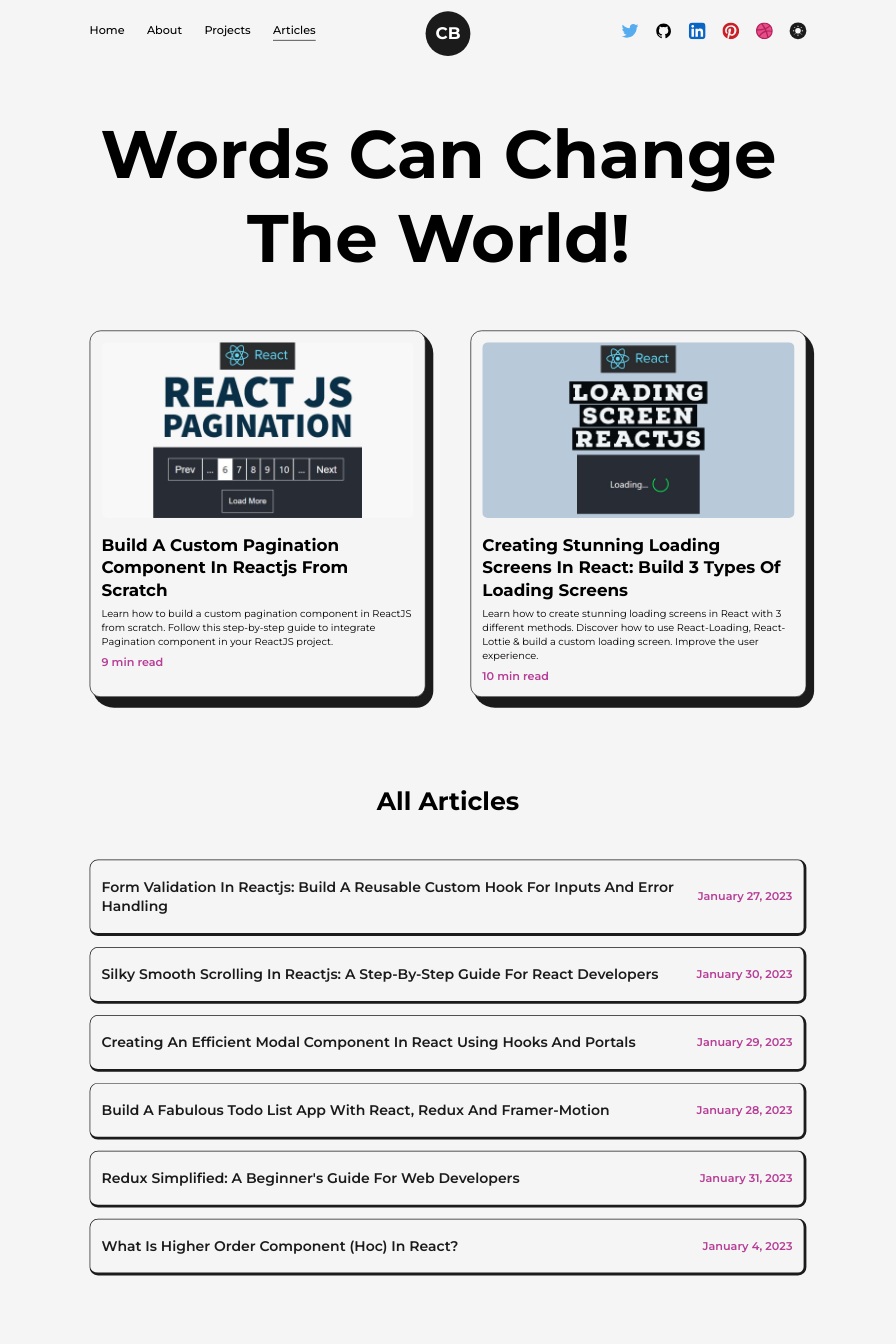
Repository: Paul2002feb/Kiattikhunphan_Resume
Page: /articles
An editor plug-in stored every save of this project. The page is shown before and after the next save, followed by the edit.
The browser window is 1280 px wide. The pictures show the part of the page from y = 0 to 1920 px (the page is 2120 px tall before and 2644 px after), at 70% of full size.
The project was rebuilt for these pictures with package versions that can differ from the ones it lists, and the page was loaded fresh each time. The framework's server and built-in components were replaced by stand-ins that run in the browser. Also part of the build but not shown: next.config.js.

Above is the page before, as saved 2023-08-23 17:33:11.

After the next save:
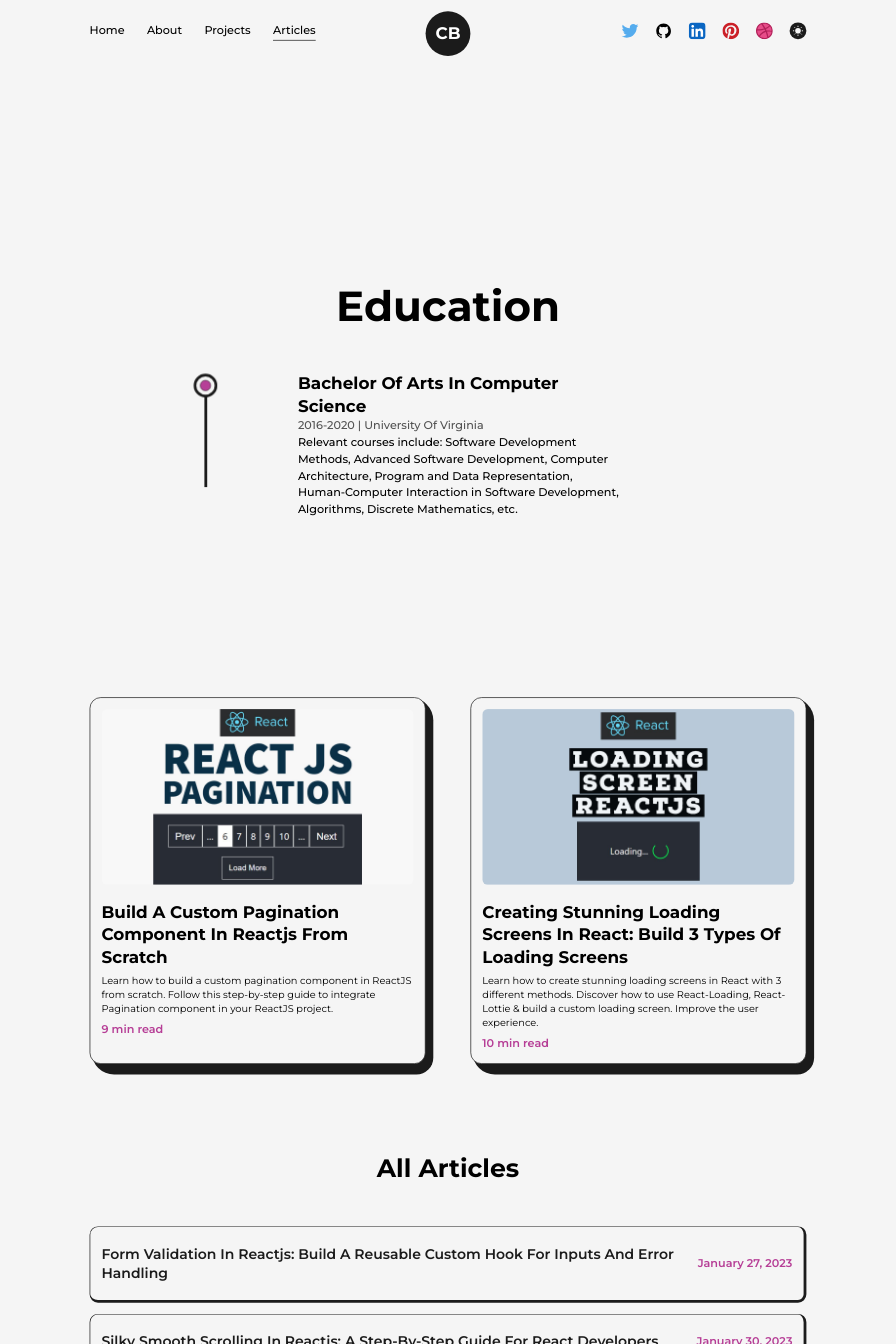
Saved 9 s later.
--- a/src/components/AnimatedText.js
+++ b/src/components/AnimatedText.js
@@ -1,55 +1,64 @@
-import React from "react";
-import { motion, stagger } from "framer-motion";
+import React, { useRef } from "react";
+import { motion, useScroll } from "framer-motion";
+import LiIcon from "./LiIcon";
 
-//animated the "Turning vision part" this makes it appear in 1s
-const quote = {
-  initial: { opacity: 1 },
-  animate: {
-    opacity: 1,
-    transition: {
-      delay: 0.3,
-      staggerChildren: 0.1,
-    },
-  },
+const Details = ({ type, time, place, info }) => {
+  const ref = useRef(null);
+  return (
+    <li
+      ref={ref}
+      className="my-8 first:mt-0 last:mb-0 w-[60%] mx-auto flex flex-col items-center justify-between md:w-[80%]"
+    >
+      <LiIcon reference={ref} />
+      <motion.div
+        //   moving the div downwards
+        initial={{ y: 50 }}
+        whileInView={{ y: 0 }}
+        transition={{ duration: 0.5, type: "spring" }}
+      >
+        <h3 className="capitalize font-bold text-2xl sm:text-xl xs:text-lg ">
+          {type}
+        </h3>
+        <span className="capitalize font-medium text-dark/75 dark:text-light/75 xs:text-sm">
+          {time} | {place}
+        </span>
+        <p className="font-medium w-full md:text-sm">{info}</p>
+      </motion.div>
+    </li>
+  );
 };
 
-const singleWord = {
-  initial: { opacity: 0, y: 50 },
-  animate: {
-    opacity: 1,
-    y: 0,
-    transition: {
-      duration: 1,
-    },
-  },
-};
+const Education = () => {
+  // use scroll hook: Create scroll-linked animations with the useScroll hook -- https://www.framer.com/motion/use-scroll/
+  const ref = useRef(null);
+  const { scrollYProgress } = useScroll({
+    target: ref,
+    offset: ["start end", "center start"],
+  }); // initializing variable
 
-// 2 inputs text and className
-const AnimatedText = ({ text, className = "" }) => {
   return (
-    <div className="w-full mx-auto py-2 flex items-center justify-center text-center overflow-hidden sm:py-0">
-      <motion.h1
-        className={`text-8x1 inline-block w-full text-green font-bold capitalize text-8xl dark:text-light ${className}`}
-        variants={quote}
-        // initial and animate take the values above
-        initial="initial"
-        animate="animate"
-      >
-        {text.split(" ").map((word, index) => (
-          <motion.span
-            key={word + "_" + index}
-            className="inline-block"
-            variants={singleWord}
-            // no need to initialize this.
-            // initial="initial"
-            // animate="animate"
-          >
-            {word}&nbsp;
-          </motion.span>
-        ))}
-      </motion.h1>
+    <div className="my-64">
+      <h2 className="font-bold text-6xl mb-16 w-full text-center md:text-6xl xs:text-4xl md:mb-16">
+        Education
+      </h2>
+      <div ref={ref} className="w-[75%] mx-auto relative lg:w-[90%] md:w-full">
+        {/* //timeline */}
+        <motion.div
+          style={{ scaleY: scrollYProgress }}
+          className="absolute left-9 top-1 w-[4px] h-full bg-dark origin-top dark:bg-light md:w[2px] md:left-[30px] xs:left-[20px]"
+        />
+        <ul className="w-full flex flex-col items-start justify-between ml-4 xs;ml-2">
+          <Details
+            type="Bachelor Of Arts  In Computer Science"
+            time="2016-2020"
+            place="University of Virginia"
+            info="Relevant courses include: Software Development Methods, Advanced Software Development, Computer Architecture, Program and
+            Data Representation, Human-Computer Interaction in Software Development, Algorithms, Discrete Mathematics, etc."
+          />
+        </ul>
+      </div>
     </div>
   );
 };
 
-export default AnimatedText;
+export default Education;

After the save that followed:
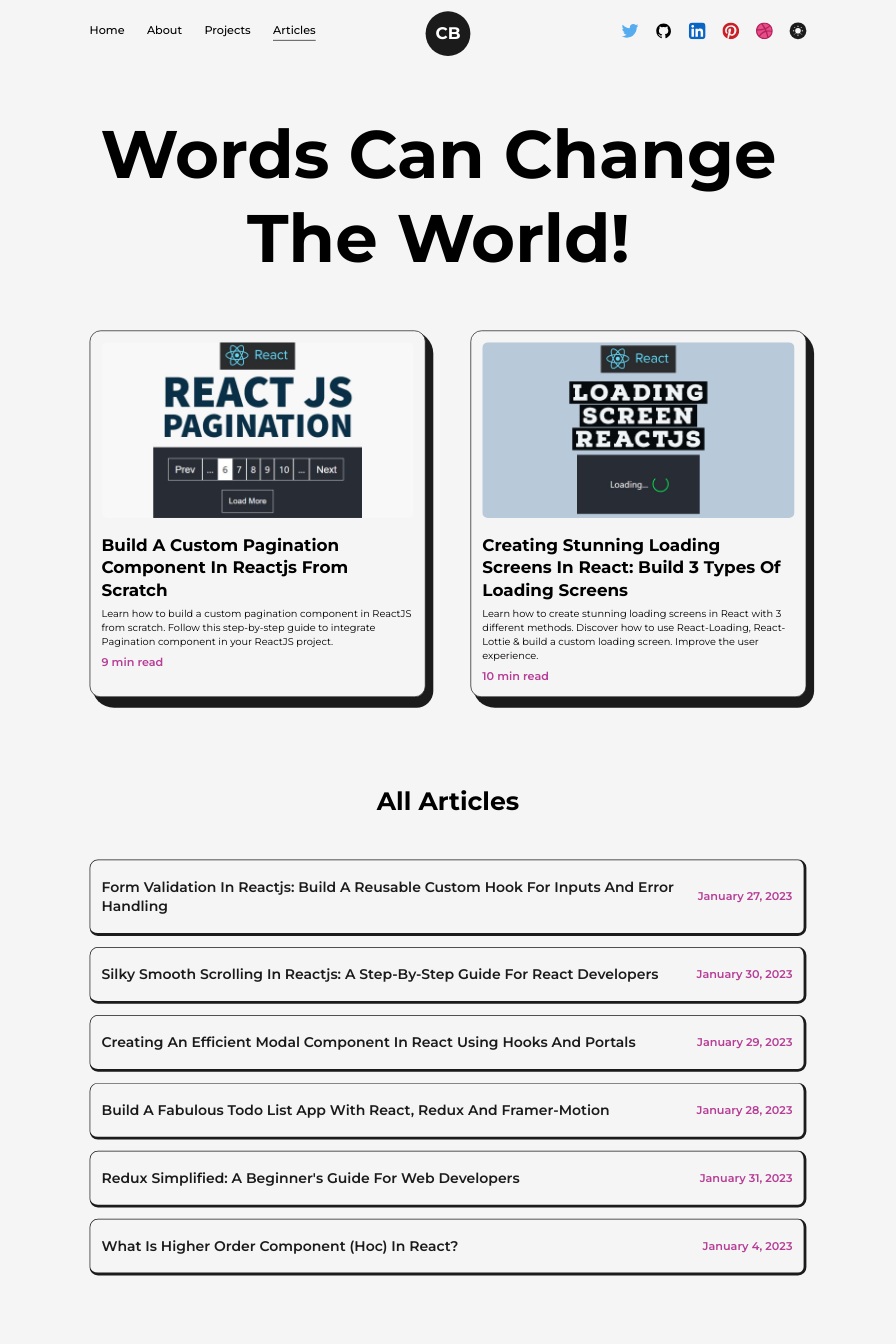
Saved 6 s later.
--- a/src/components/AnimatedText.js
+++ b/src/components/AnimatedText.js
@@ -1,64 +1,55 @@
-import React, { useRef } from "react";
-import { motion, useScroll } from "framer-motion";
-import LiIcon from "./LiIcon";
+import React from "react";
+import { motion, stagger } from "framer-motion";
 
-const Details = ({ type, time, place, info }) => {
-  const ref = useRef(null);
-  return (
-    <li
-      ref={ref}
-      className="my-8 first:mt-0 last:mb-0 w-[60%] mx-auto flex flex-col items-center justify-between md:w-[80%]"
-    >
-      <LiIcon reference={ref} />
-      <motion.div
-        //   moving the div downwards
-        initial={{ y: 50 }}
-        whileInView={{ y: 0 }}
-        transition={{ duration: 0.5, type: "spring" }}
-      >
-        <h3 className="capitalize font-bold text-2xl sm:text-xl xs:text-lg ">
-          {type}
-        </h3>
-        <span className="capitalize font-medium text-dark/75 dark:text-light/75 xs:text-sm">
-          {time} | {place}
-        </span>
-        <p className="font-medium w-full md:text-sm">{info}</p>
-      </motion.div>
-    </li>
-  );
+//animated the "Turning vision part" this makes it appear in 1s
+const quote = {
+  initial: { opacity: 1 },
+  animate: {
+    opacity: 1,
+    transition: {
+      delay: 0.3,
+      staggerChildren: 0.1,
+    },
+  },
 };
 
-const Education = () => {
-  // use scroll hook: Create scroll-linked animations with the useScroll hook -- https://www.framer.com/motion/use-scroll/
-  const ref = useRef(null);
-  const { scrollYProgress } = useScroll({
-    target: ref,
-    offset: ["start end", "center start"],
-  }); // initializing variable
+const singleWord = {
+  initial: { opacity: 0, y: 50 },
+  animate: {
+    opacity: 1,
+    y: 0,
+    transition: {
+      duration: 1,
+    },
+  },
+};
 
+// 2 inputs text and className
+const AnimatedText = ({ text, className = "" }) => {
   return (
-    <div className="my-64">
-      <h2 className="font-bold text-6xl mb-16 w-full text-center md:text-6xl xs:text-4xl md:mb-16">
-        Education
-      </h2>
-      <div ref={ref} className="w-[75%] mx-auto relative lg:w-[90%] md:w-full">
-        {/* //timeline */}
-        <motion.div
-          style={{ scaleY: scrollYProgress }}
-          className="absolute left-9 top-1 w-[4px] h-full bg-dark origin-top dark:bg-light md:w[2px] md:left-[30px] xs:left-[20px]"
-        />
-        <ul className="w-full flex flex-col items-start justify-between ml-4 xs;ml-2">
-          <Details
-            type="Bachelor Of Arts  In Computer Science"
-            time="2016-2020"
-            place="University of Virginia"
-            info="Relevant courses include: Software Development Methods, Advanced Software Development, Computer Architecture, Program and
-            Data Representation, Human-Computer Interaction in Software Development, Algorithms, Discrete Mathematics, etc."
-          />
-        </ul>
-      </div>
+    <div className="w-full mx-auto py-2 flex items-center justify-center text-center overflow-hidden sm:py-0">
+      <motion.h1
+        className={`text-8x1 inline-block w-full text-green font-bold capitalize text-8xl dark:text-light ${className}`}
+        variants={quote}
+        // initial and animate take the values above
+        initial="initial"
+        animate="animate"
+      >
+        {text.split(" ").map((word, index) => (
+          <motion.span
+            key={word + "_" + index}
+            className="inline-block"
+            variants={singleWord}
+            // no need to initialize this.
+            // initial="initial"
+            // animate="animate"
+          >
+            {word}&nbsp;
+          </motion.span>
+        ))}
+      </motion.h1>
     </div>
   );
 };
 
-export default Education;
+export default AnimatedText;
